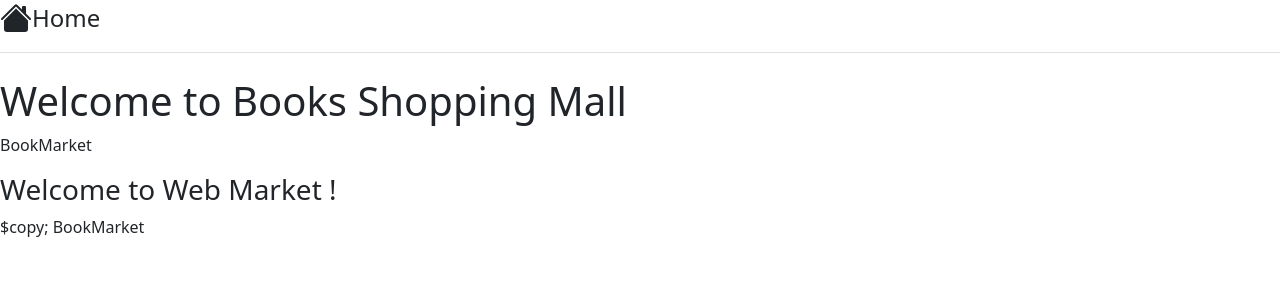
Repository: man332414/myJspStudy
Page: http://localhost/bookmarket/
The author's editor kept a copy of each file at every save. The page is drawn from the files as they stood at one save, then again after the next save.
The browser window is 1280 px wide. The pictures show the whole page.
The page is served by Tomcat 10.

Above is the page before, as saved 2024-10-08 02:35:22.

After the next save:
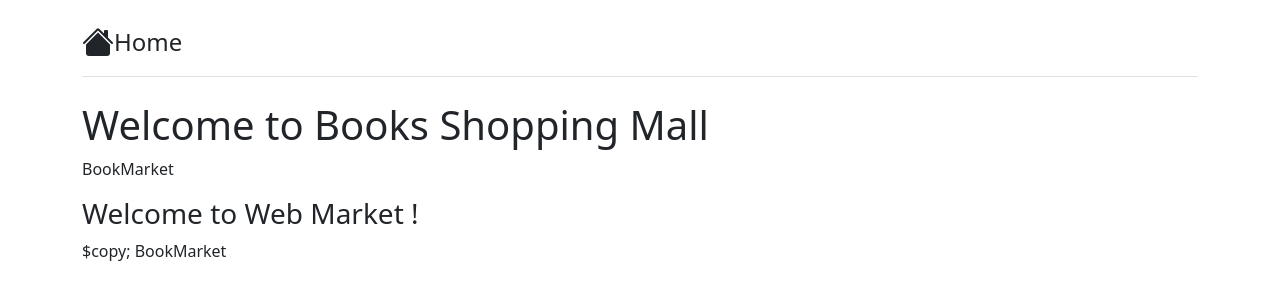
Saved 22 s later.
--- a/bookmarket/src/main/webapp/welcome.jsp
+++ b/bookmarket/src/main/webapp/welcome.jsp
@@ -8,7 +8,7 @@
 <title>Welcome</title>
 </head>
 <body>
-	<div>
+	<div class = "container py-4">
 		<header class = "pb-3 mb-4 border-bottom">
 			<a href = "./welcome.jsp" class = "d-flex align-items-center text-dark text-decoration-none">
 			<svg  width="32" height="32" fill="currentColor" class="bi bi-house-fill" viewBox="0 0 16 16">
